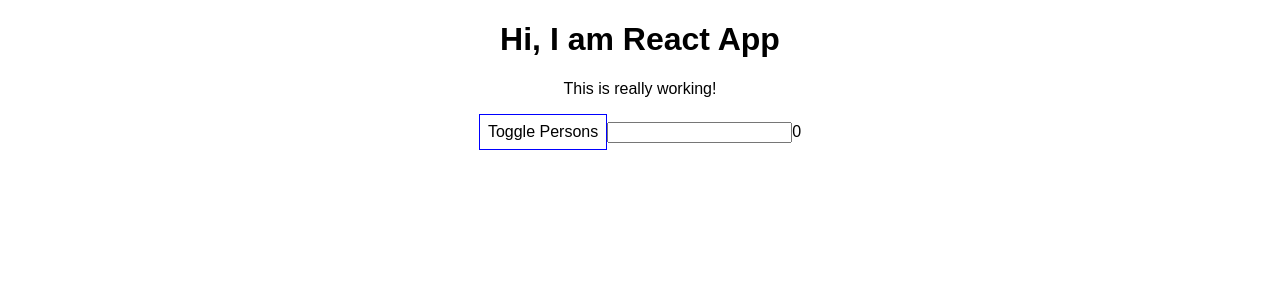
Repository: AbdulMutaal/React-Complete-Guide
Page: /
These files come from the project's save history. The page is drawn as it stood at one moment and after the next save; the edit follows.
The browser window is 1280 px wide. The pictures show the whole page.
The project was rebuilt for these pictures with package versions that can differ from the ones it lists, and the page was loaded fresh each time. Also part of the build but not shown: src/Person/Person.js.

Above is the page before, as saved 2021-11-29 18:53:12.

After the next save:
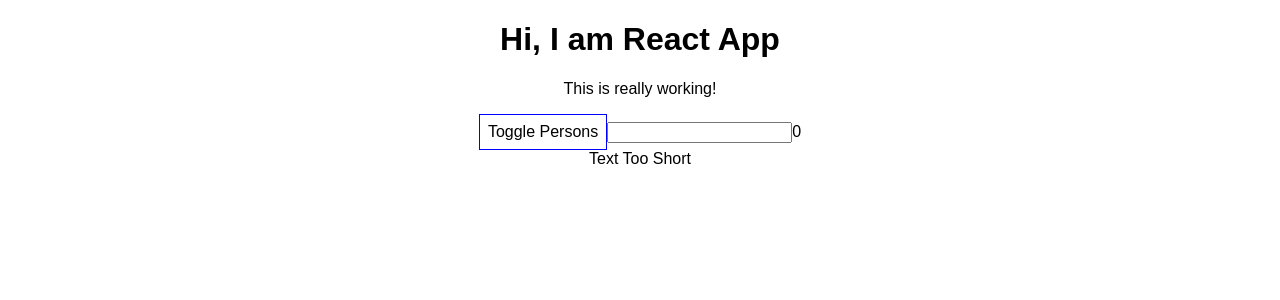
Saved 12 s later.
--- a/src/App.js
+++ b/src/App.js
@@ -103,6 +103,8 @@ class App extends Component {
           person : null}
         <input type='text' onChange={(e) => this.textChangedHandler(e)} value={this.state.text} />
         {this.state.textLength}
+
+        <Validation />
       </div>
     );
   }
